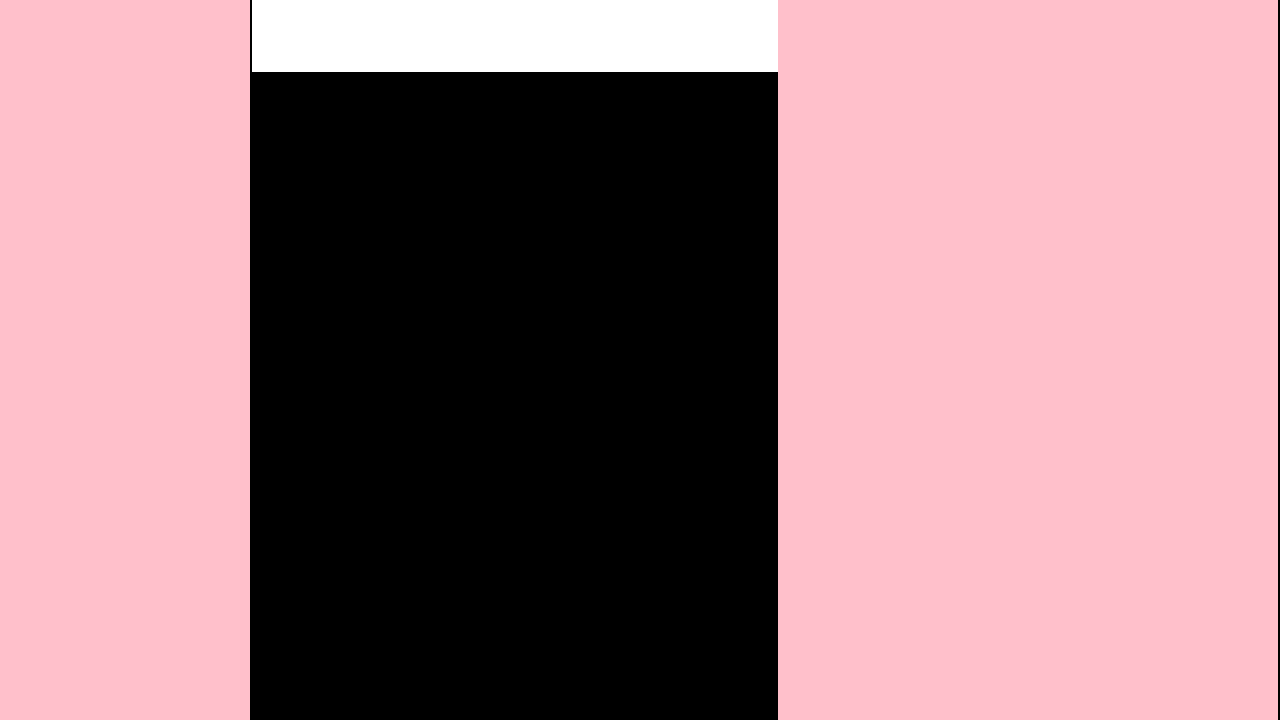
Repository: JJianZ/miao
Page: a.html
The author's editor kept a copy of each file at every save. The page is drawn from the files as they stood at one save, then again after the next save.
The browser window is 1280 px wide. The pictures show the whole page.

Above is the page before, as saved 2021-11-23 10:30:03.

### a.html
<!DOCTYPE html>
<html lang="en">
<head>
  <meta charset="UTF-8">
  <meta http-equiv="X-UA-Compatible" content="IE=edge">
  <meta name="viewport" content="width=device-width, initial-scale=1.0">
  <title>Document</title>
  <style>
    html,body {
      margin: 0;
      padding: 0;
      height: 100%;
      box-shadow: inset 0 1px 1px 1px rbga(0,0,0,0.3);
      box-sizing: border-box;
    }

    div {
      width: 100%;
      height: 100%;
      position: relative;
    }
    aside {
      position: absolute;
      width: 250px;
      height: 100%;
      background-color: pink;
      border-right: black 2px solid;
    }
    header {
      position: absolute;
      left: 250px;
      height: 72px;
      right: 500px;
      line-height: 720px;
    }
    main {
      position: absolute;
      top: 72px;
      left: 250px;
      right: 500px;
      bottom: 0;
      background-color: black;
    }
    .second {
      right: 250px;
    }
    .third {
      right: 0px;
    }
  </style>
</head>
<body>
  <div>
    <aside class="first"></aside>
    <header></header>
    <main></main>
    <aside class="second"></aside>
    <aside class="third"></aside>
  </div>
</body>
</html>

After the next save:
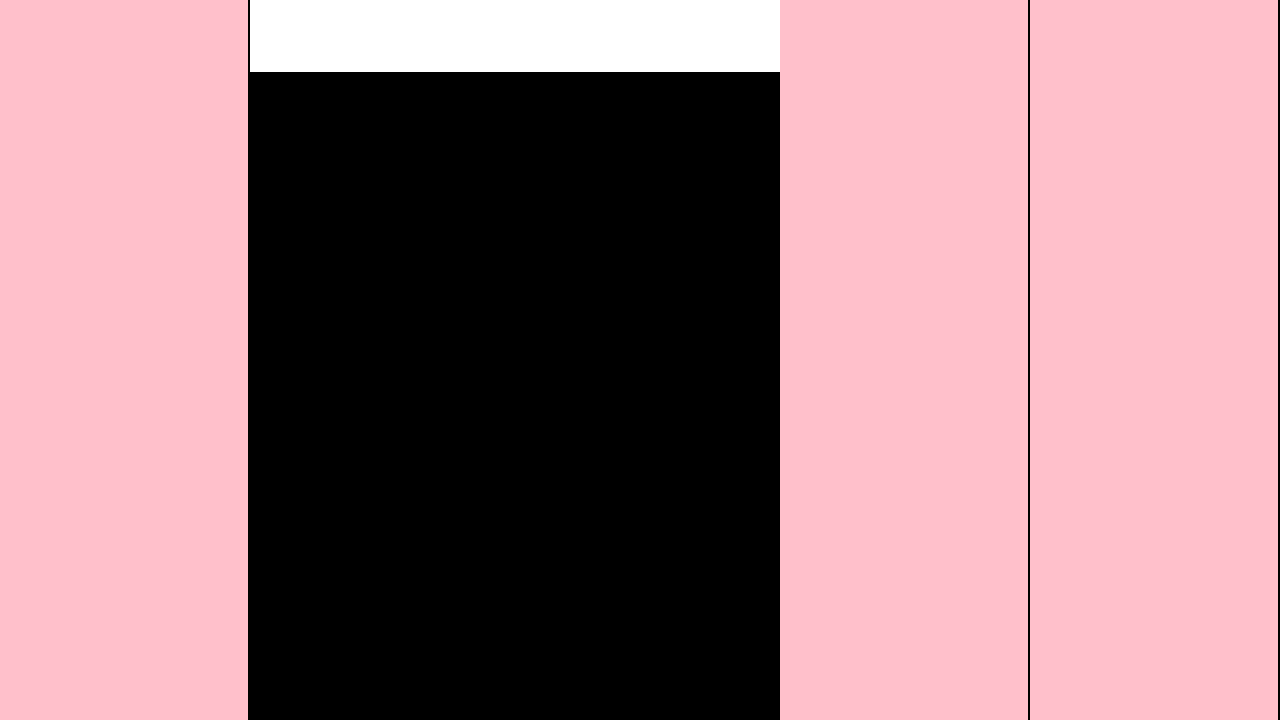
Saved 91 s later.
--- a/a.html
+++ b/a.html
@@ -11,7 +11,6 @@
       padding: 0;
       height: 100%;
       box-shadow: inset 0 1px 1px 1px rbga(0,0,0,0.3);
-      box-sizing: border-box;
     }
 
     div {
@@ -25,6 +24,8 @@
       height: 100%;
       background-color: pink;
       border-right: black 2px solid;
+      box-sizing: border-box;
+
     }
     header {
       position: absolute;
